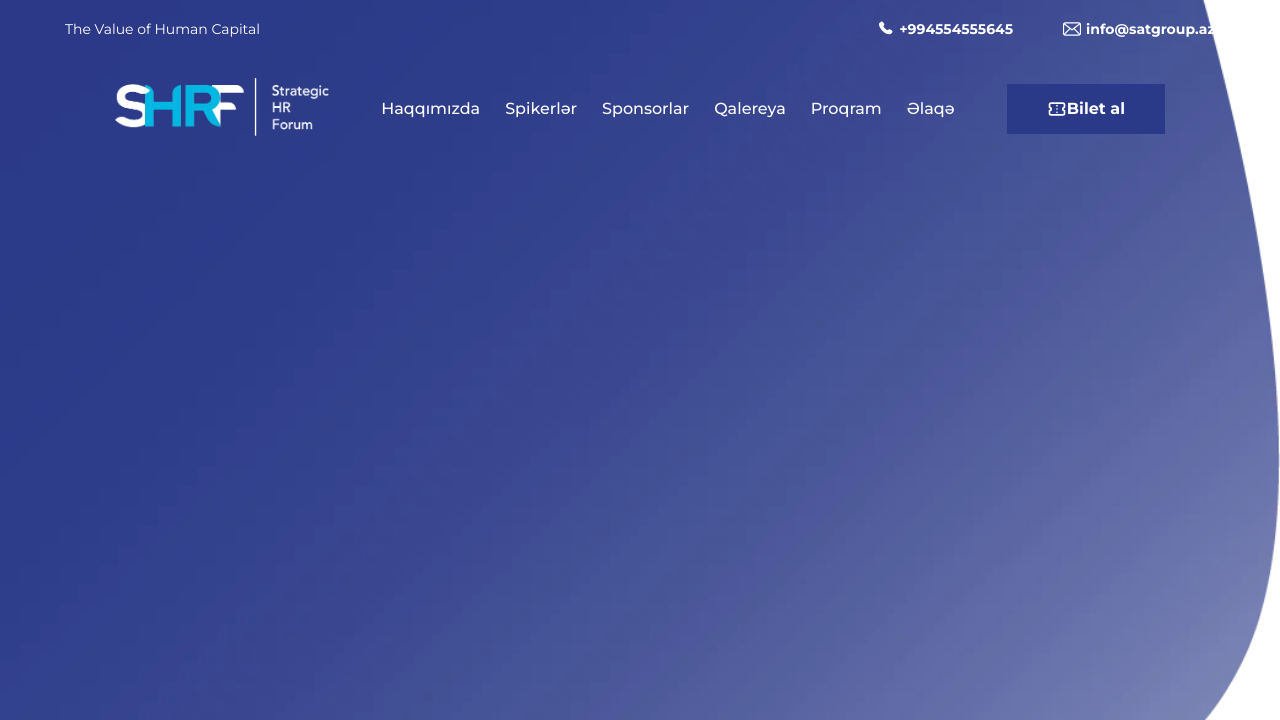
Repository: allahverdiyevabdulhasan/shrf
Page: /
These files come from the project's save history. The page is drawn as it stood at one moment and after a run of saves; the edit follows.
The browser window is 1280 px wide. The pictures show the whole page.
The project was rebuilt for these pictures with package versions that can differ from the ones it lists, and the page was loaded fresh each time. Also part of the build but not shown: vite.config.js, src/App.css.

Above is the page before, as saved 2024-08-16 10:09:07.

### src/App.jsx
import './App.css'
import Header from './components/Header'
import Intro from './components/Intro'

function App() {

  return (
    <div id='page'>
      <Header />
      <Intro />
    </div>
  )
}

export default App

### src/index.css
@import url('https://fonts.googleapis.com/css2?family=Montserrat:ital,wght@0,100..900;1,100..900&display=swap');

* {
  margin: 0;
  box-sizing: border-box;
  padding: 0;
  font-family: Montserrat;
  transition: all .4s ease-in-out;
}

:root {
  --globalPrimary: #2a3988;
}

ul {
  padding: 0;
  list-style: none;
}

a {
  color: #fff;
  text-decoration: none;
}

button {
  cursor: pointer;
}

.container {
  max-width: 1170px;
  margin: 0 auto;
  padding: 0 10px;
}

.buy__button {
  display: flex;
  align-items: center;
  border: 0;
  background: var(--globalPrimary);
  font-size: 16px;
  font-weight: 700;
  color: #fff;
  padding: 15px 40px;

  &:hover {
    box-shadow: 0 3px 10px 3px #fff;
    transform: translateY(-3px);
  }
}

### src/components/Header/index.jsx

import s from './style.module.css'

export default function Header() {


    return (
        <header className='container'>
            <div className={s.top}>
                <div className={s.top__left}>
                    The Value of Human Capital
                </div>
                <div className={s.top__right}>
                    <ul>
                        <li>
                            <a href="tel:+994554555645">
                            <svg width={18} viewBox="0 0 24 24" fill="none" xmlns="http://www.w3.org/2000/svg"><g id="SVGRepo_bgCarrier" stroke-width="0"></g><g id="SVGRepo_tracerCarrier" stroke-linecap="round" stroke-linejoin="round"></g><g id="SVGRepo_iconCarrier"> <path d="M16.5562 12.9062L16.1007 13.359C16.1007 13.359 15.0181 14.4355 12.0631 11.4972C9.10812 8.55901 10.1907 7.48257 10.1907 7.48257L10.4775 7.19738C11.1841 6.49484 11.2507 5.36691 10.6342 4.54348L9.37326 2.85908C8.61028 1.83992 7.13596 1.70529 6.26145 2.57483L4.69185 4.13552C4.25823 4.56668 3.96765 5.12559 4.00289 5.74561C4.09304 7.33182 4.81071 10.7447 8.81536 14.7266C13.0621 18.9492 17.0468 19.117 18.6763 18.9651C19.1917 18.9171 19.6399 18.6546 20.0011 18.2954L21.4217 16.883C22.3806 15.9295 22.1102 14.2949 20.8833 13.628L18.9728 12.5894C18.1672 12.1515 17.1858 12.2801 16.5562 12.9062Z" fill="#ffffff"></path> </g></svg>
                            +994554555645</a>
                        </li>
                        <li>
                            <a href="mailto:info@satgroup.az">
                            <svg width={18} viewBox="0 -4 32 32" version="1.1" xmlns="http://www.w3.org/2000/svg" xmlns:xlink="http://www.w3.org/1999/xlink" xmlns:sketch="http://www.bohemiancoding.com/sketch/ns" fill="#000000"><g id="SVGRepo_bgCarrier" stroke-width="0"></g><g id="SVGRepo_tracerCarrier" stroke-linecap="round" stroke-linejoin="round"></g><g id="SVGRepo_iconCarrier"> <title>mail</title> <desc>Created with Sketch Beta.</desc> <defs> </defs> <g id="Page-1" stroke="none" stroke-width="1" fill="none" fill-rule="evenodd" sketch:type="MSPage"> <g id="Icon-Set" sketch:type="MSLayerGroup" transform="translate(-412.000000, -259.000000)" fill="#ffffff"> <path d="M442,279 C442,279.203 441.961,279.395 441.905,279.578 L433,270 L442,263 L442,279 L442,279 Z M415.556,280.946 L424.58,271.33 L428,273.915 L431.272,271.314 L440.444,280.946 C440.301,280.979 415.699,280.979 415.556,280.946 L415.556,280.946 Z M414,279 L414,263 L423,270 L414.095,279.578 C414.039,279.395 414,279.203 414,279 L414,279 Z M441,261 L428,271 L415,261 L441,261 L441,261 Z M440,259 L416,259 C413.791,259 412,260.791 412,263 L412,279 C412,281.209 413.791,283 416,283 L440,283 C442.209,283 444,281.209 444,279 L444,263 C444,260.791 442.209,259 440,259 L440,259 Z" id="mail" sketch:type="MSShapeGroup"> </path> </g> </g> </g></svg>
                                info@satgroup.az</a>
                            </li>
                    </ul>
                </div>
            </div>
            <div className={s.header__items}>
                <div className={s.logo}>
                    <a href="/"><img src="./public/assets/img/logo.webp" alt="Logo" /></a>
                </div>
                <nav>
                    <ul>
                        <li><a href="">Haqqımızda</a></li>
                        <li><a href="">Spikerlər</a></li>
                        <li><a href="">Sponsorlar</a></li>
                        <li><a href="">Qalereya</a></li>
                        <li><a href="">Proqram</a></li>
                        <li><a href="">Əlaqə</a></li>
                    </ul>
                </nav>
                <button className='buy__button'>
                <svg width={20} viewBox="0 0 24 24" fill="none" xmlns="http://www.w3.org/2000/svg"><g id="SVGRepo_bgCarrier" stroke-width="0"></g><g id="SVGRepo_tracerCarrier" stroke-linecap="round" stroke-linejoin="round"></g><g id="SVGRepo_iconCarrier"> <path d="M12 16H12.01M12 12H12.01M12 8H12.01M21 14V17C21 18.1046 20.1046 19 19 19H5C3.89543 19 3 18.1046 3 17V14C4.10457 14 5 13.1046 5 12C5 10.8954 4.10457 10 3 10V7C3 5.89543 3.89543 5 5 5H19C20.1046 5 21 5.89543 21 7V10C19.8954 10 19 10.8954 19 12C19 13.1046 19.8954 14 21 14Z" stroke="#ffffff" stroke-width="2" stroke-linecap="round" stroke-linejoin="round"></path> </g></svg>
                    Bilet al
                </button>
            </div>

        </header>
    )
}

### src/components/Intro/index.jsx
import s from './style.module.css'

export default function Intro() {


    return (
        <div className={s.intro}>
        </div>
    )
}

### src/components/Header/style.module.css
header {
    position: fixed;
    inset: 0;
}

.top {
    display: flex;
    justify-content: space-between;
    align-items: center;
    padding: 20px 0;
    color: #fff;
    font-size: 14px;
}

.top__right {
    & a,
    & ul {
        display: flex;
        align-items: center;
        font-weight: 700;
    }

    & li {
        margin: 0 0 0 50px;
    }

    & svg {
        margin: 0 5px 0 0;
    }

    & a:hover {
        text-shadow: 0 0 10px #fff;

    }
}


.header__items {
    display: flex;
    padding: 20px 50px;
    align-items: center;
    justify-content: space-between;

    & .logo{
        max-width: 214px;
        & img{
            width: 100%;
        }
    }

    & ul {
        display: flex;
        & li{
            margin: 0 25px 0 0;
            position: relative;
            &::after{
                content: '';
                position: absolute;
                bottom: 0;
                left: 0;
                width: 0;
                height: 3px;
                border-radius: 3px;
                background-color: #00FFF0;
                transition: all .4s ease-in-out;
            }
            &:hover{
                & a{
                    color: #00FFF0;
                }
                &::after{
                    width: 100%;
                }
            }
            & a{
                display: inline-block;
                padding: 10px 0;
                font-weight: 500;
            }
            &:last-child{
                margin: 0;
            }
        }
    }
}

### src/components/Intro/style.module.css
.intro{
    min-height: 100vh;
    background: url('./../../../public/assets/img/introBg.webp') center/cover;
}

Loaded but not shown: index.html (common file); src/main.jsx (common file)

After the next 2 saves:
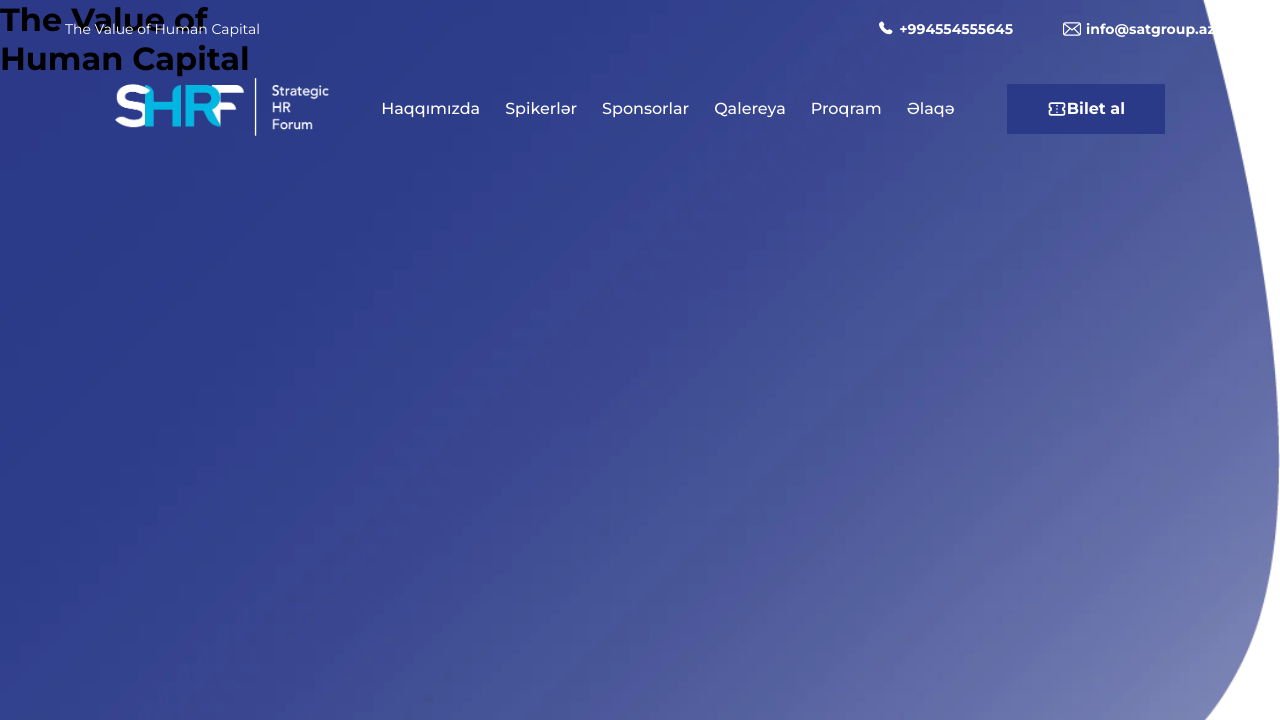
The 2 saves are shown as one change because they came seconds apart.
The last was saved 54 s later.
--- a/src/components/Intro/index.jsx
+++ b/src/components/Intro/index.jsx
@@ -5,6 +5,11 @@ export default function Intro() {
 
     return (
         <div className={s.intro}>
+            <h1>
+            The Value of
+            <br />
+            <span>Human Capital</span>
+            </h1>
         </div>
     )
 }
